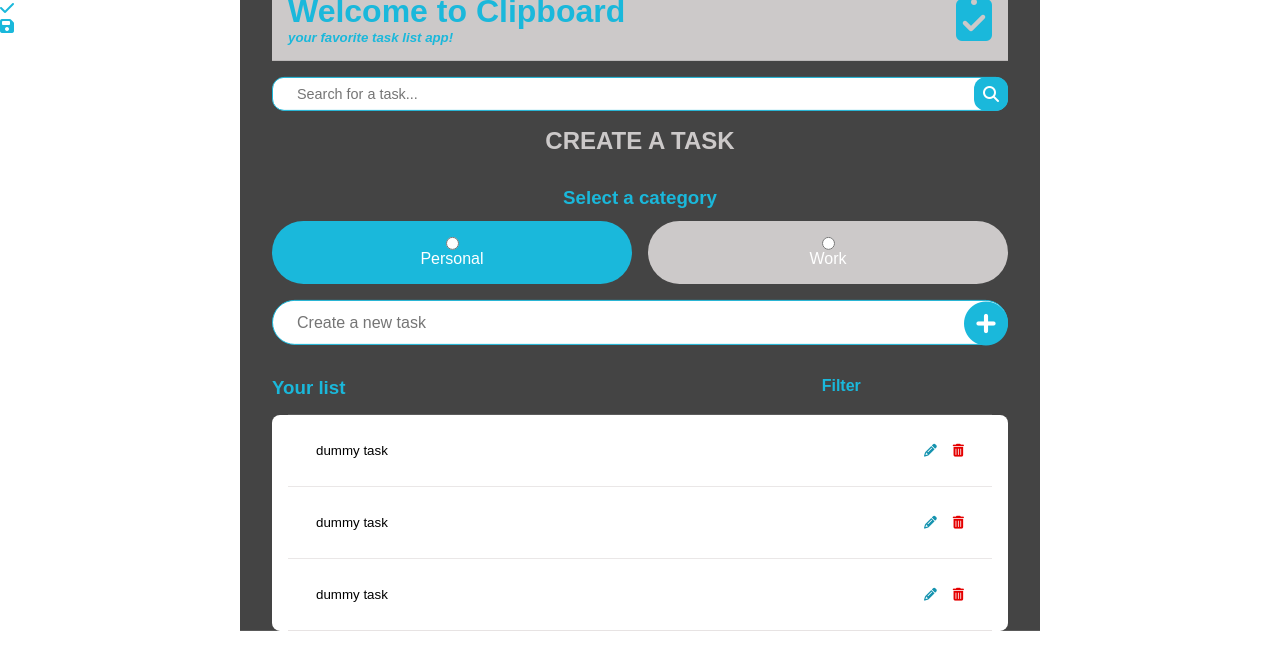
Repository: WesleyErasmus/Todo-App
Page: todoApp.html
An editor plug-in stored every save of this project. The page is shown before and after a run of saves, followed by the edit.
The browser window is 1280 px wide. The pictures show the whole page.
Some web libraries are served in a nearby version.

Above is the page before, as saved 2022-06-04 22:37:25.

### todoApp.html
<!DOCTYPE html>
<html lang="en">
<head>
    <meta charset="UTF-8">
    <meta http-equiv="X-UA-Compatible" content="IE=edge">
    <meta name="viewport" content="width=device-width, initial-scale=1.0">
    <title>Todo App</title>
    <script src="https://kit.fontawesome.com/81ea498f91.js" crossorigin="anonymous"></script>
    <link rel="stylesheet" href="/source/css/todoApp.css">
    <script src="/source/script/todoApp.js" defer></script>
</head>
<body>
    <!-- App wrapper -->
    <main class="app-wrapper">
        <!-- App header -->
        <header>
            <div>
            <h1>Welcome to Clipboard</h1>
            <h5><em>your favorite task list app!</em></h5>
            </div>
            <div id="jumbotron-logo"><i class="fa-solid fa-clipboard-check fa-3x"></i></div>
        </header>

        <div id="sub-header">
        <form id="search-bar">
        <input type="text"
        id="search-bar"
        placeholder="Search for a task...">
        <button type="submit"><i class="fa fa-search"
        id="search-submit-btn"></i></button>
        </form>

        </div>

        <h2 id="create-task-heading">CREATE A TASK</h2>

        <!-- Categories section -->
        <section>
        <form id="todo-list-form">
            <h3 class="category-heading">Select a category</h3>
            <div class="category-selectors">
                <!-- Personal category (make to assign as default, unless user selects work category) -->
                <label id="personal-label-btn">
                    <input type="radio" name="category" value="Personal" id="personal-category" />
                    <div>Personal</div>
                </label>
                <!-- Work category -->
                <label id="work-label-btn">
                    <input type="radio" name="category" value="Work" id="work-category" />
                    <div>Work</div>
                </label>
            </div> <!-- End of radio categories div -->
            <div class="create-submit">
            <input type="text" name="create-task" id="create-task" placeholder="Create a new task" />
            <button id="task-submit-btn" type="submit" value="create-new-task">
                <i class="fa-solid fa-circle-plus"></i>
            </button>
        </div>
        </form>
        </section>

        <!-- Task list is created here, new tasks are outputted below -->
        <section class="todo-list-output">
            <div id="list-header">
            <h3>Your list</h3>
            <div><strong>Filter</strong></div>
            </div>
            <!-- Actual task list output -->
            <div class="tasks" id="tasks">

                <div class="dummy-task">

                    <div class="task-name">
                        <input type="text"
                        class="text"
                        value="dummy task"
                        readonly>
                        <div class="edit-delete">
                            <button class="edit"><i class="fa-solid fa-pencil"></i></button>
                            <button class="delete"><i class="fa fa-trash" aria-hidden="true"></i></button>
                        </div>
                    </div>
                </div>

                <div class="dummy-task">

                    <div class="task-name">
                        <input type="text"
                        class="text"
                        value="dummy task"
                        readonly>
                        <div class="edit-delete">
                            <button class="edit"><i class="fa-solid fa-pencil"></i></button>
                            <button class="delete"><i class="fa fa-trash" aria-hidden="true"></i></button>
                        </div>
                    </div>
                </div>

                <div class="dummy-task">

                    <div class="task-name">
                        <input type="text"
                        class="text"
                        value="dummy task"
                        readonly>
                        <div class="edit-delete">
                            <button class="edit"><i class="fa-solid fa-pencil"></i></button>
                            <button class="delete"><i class="fa fa-trash" aria-hidden="true"></i></button>
                        </div>
                    </div>
                </div>

            </div>

        </section>

    </main> <!-- End of App wrapper -->
        <!-- Save icon and task complete icon -->
                <li><i class="fa-solid fa-check"></i></li>
                <li><i class="fa-solid fa-floppy-disk"></i></li>

</body>
</html>

### source/css/todoApp.css
/* CSS Variables */
:root {
    --background-color: #fff;
    --primary: #1AB8DB;
    --secondary: #1593AF;
    --delete: #E50000;
    --grey: #ccc9c9;
    --dark-grey: #444444;

    --shadows: 0 1px 3px rgba(0,0,0,0.12);

    /* add linear gradients */
}

/* Universal selector styling */
* {
    box-sizing: border-box;
    margin: 0;
    padding: 0;
    font-family: sans-serif;
    list-style: none;
}

/* Below will remove input and checkbox default styling */
input:not([type="radio"]):not([type="checkbox"]), button {
	appearance: none;
	border: none;
	outline: none;
	background: none;
	cursor: initial;
}

button {
	appearance: none;
	border: none;
	outline: none;
	background: none;
	cursor: initial;
}

body {
    background-color: var(--background-color);
    color: var(--primary);
}

main {
    padding-top: 2rem;
    background-color: var(--dark-grey);
    padding-left: 2rem;
    padding-right: 2rem;
    flex: 1 1 0%;
    align-items: center;
    justify-content: center;
    max-width: 800px;
    width: 100%;
    position: absolute;
    top: 40%;
    left: 50%;
    margin-right: -50%;
    transform: translate(-50%, -50%)
}

section {
    margin-top: 2rem;
    margin-bottom: 0rem;
}

header {
    display: flex;
    justify-content: space-between;
    padding: 1rem;
    background-color: var(--grey);
}

#search-bar {
    display: flex;
    position: relative;
    justify-content: center;
    align-items: center;
}

#search-bar input{
	display: block;
	width: 100%;
	font-size: 0.9rem;
	padding: 0.50rem 1.5rem;
    padding-right: 0rem;
	color: var(--dark-grey);
	background-color: var(--background-color);
    border: 0.1px solid var(--primary);
    border-radius: 0.75rem;
}

#search-submit-btn {
    position: absolute;
    display: block;
    right: 0rem;
    top: 0;
    background-color: var(--primary);
    /* border-radius: 50%; */
    border-top-left-radius: 0.75rem;
    border-bottom-left-radius: 0.75rem;
    border-top-right-radius: 0.75rem;
    border-bottom-right-radius: 0.75rem;
    padding: 0.56rem;
    color: #fff;
    /* border: none; */
    /* color: var(--primary); */
}

/* Font-awesome search icon styling */
.fa-search {
    font-size: 1rem;
    color: var(--primary);
}

#sub-header {
    margin-top: 1rem;
    text-align: center;
    align-items: center;
}

#create-task {
	display: block;
	width: 100%;
	font-size: 1rem;
	padding: 0.79rem 1.5rem;
    padding-right: 0rem;
	color: var(--dark-grey);
	background-color: var(--background-color);
    border: 0.1px solid var(--primary);
    border-radius: 9999px;
}

/* change to task add btn */
#task-submit-btn{
    position: absolute;
    display: block;
    right: 0rem;
    bottom: -0.5px;
    border: none;
    background-color: transparent;
    color: var(--primary);
}

.fa-circle-plus {
    font-size: 2.75rem;
}

/* add gradient color to fa-logo */

#create-task-heading {
    color: var(--grey);
    margin-top: 1rem;
    text-align: center;
}

.category-heading {
    text-align: center;
    margin-bottom: 0.75rem;
}

.category-selectors {
    display: grid;
    grid-template-columns: repeat(2, 1fr);
    grid-gap: 1rem;
    margin-bottom: 1rem;
}

.category-selectors label{
    display: flex;
    flex-direction: column;
    justify-content: center;
    align-items: center;
    background-color: var(--primary);
    padding: 1rem 2rem;
    border-radius: 999999px;
    color: #fff;
}

/* change the below id to #work-category-btn */
#work-label-btn {
background-color: var(--grey);
}

.create-submit {
    position: relative;
    display: flex;
    justify-content: center;
    align-items: center;
    text-align: center;
    margin-top: 0.5rem;
}

.create-task {
    text-align: center;
}

#list-header {
width: 80%;
display: flex;
justify-content: space-between;
margin-bottom: 1rem;
}

#tasks {
    border-radius: 0.5rem;
    background-color: #fff;
}

#tasks .task-name {
    display: flex;
    justify-content: space-between;
    background-color: var(--background-color);
    padding: 1.75rem;
    /* border-radius: 0.5rem; */
    background-color: #fff;
    margin-bottom: 0rem;
    margin: 0 1rem;
    border-bottom: 0.01px solid rgba(229, 225, 225, 0.919);
}

.dummy-task .task-name {
    flex: 1 1 0%;
}

.dummy-task .task-name .text {
    /* color: #1593AF; */
    width: 100%;
    display: block;
    transition: 0.4s;
}

.dummy-task .edit-delete {
    display: flex;
    margin: 0 -0.5rem;

}

/* Edit button styling */

.fa-pencil {
    color: var(--secondary);
}

.fa-trash {
    color: var(--delete);
}

.dummy-task .edit-delete button {
    cursor: pointer;
    margin: 0 0.5rem;
    font-size: 0.8rem;
    font-weight: 700;
    text-transform: uppercase;
    transition: 0.4s;
}

Loaded but not shown: source/script/todoApp.js (no copy from this time; the picture is the same without it)

After the next 2 saves:
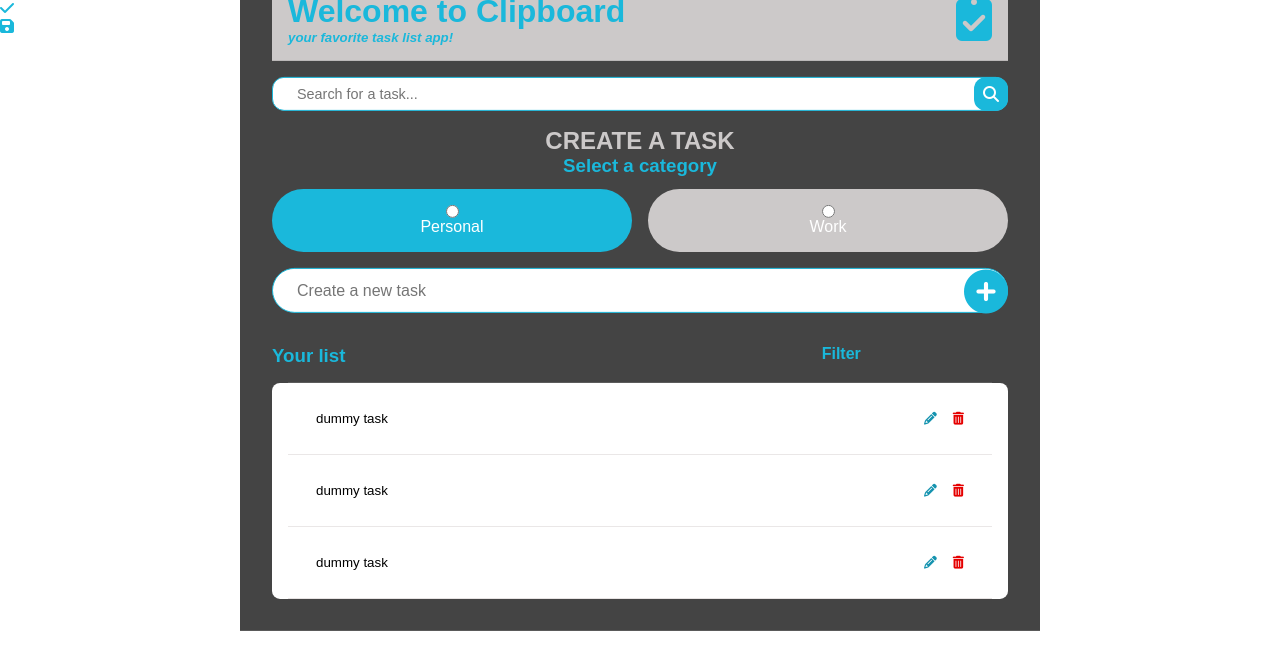
The 2 saves are shown as one change because they came seconds apart.
The last was saved 6 s later.
--- a/source/css/todoApp.css
+++ b/source/css/todoApp.css
@@ -61,8 +61,8 @@ main {
 }
 
 section {
-    margin-top: 2rem;
-    margin-bottom: 0rem;
+    margin-top: 0rem;
+    margin-bottom: 2rem;
 }
 
 header {
